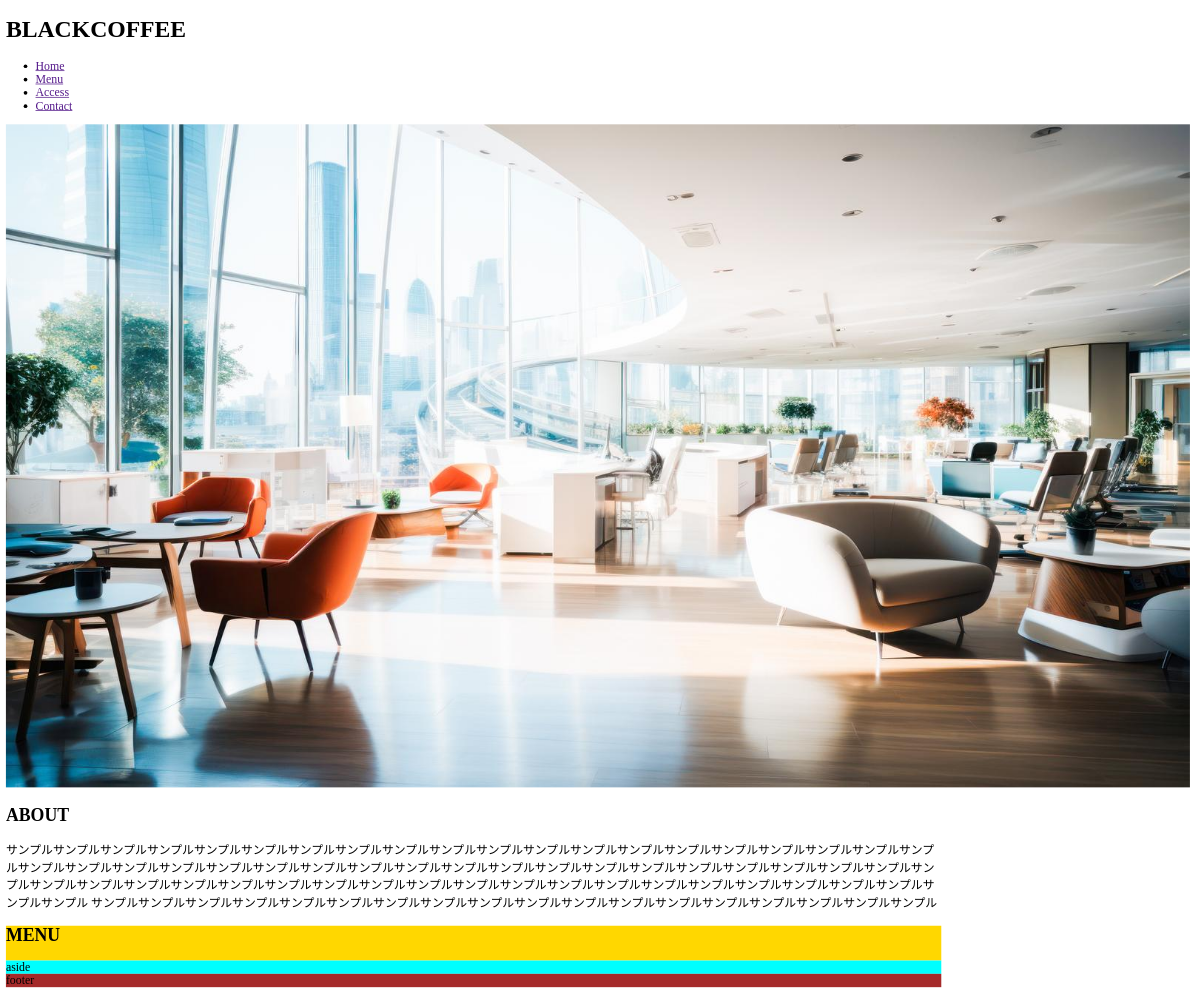
Repository: elle821208/Ayakomi-Cafe
Page: index.html
The author's editor kept a copy of each file at every save. The page is drawn from the files as they stood at one save, then again after a run of saves.
The browser window is 1280 px wide. The page is 1608 px wide, so the pictures cover 1608 px, including what lies to the right of the window. The pictures show the whole page, at 74% of full size.

Above is the page before, as saved 2025-02-28 07:34:15.

After the next 7 saves:
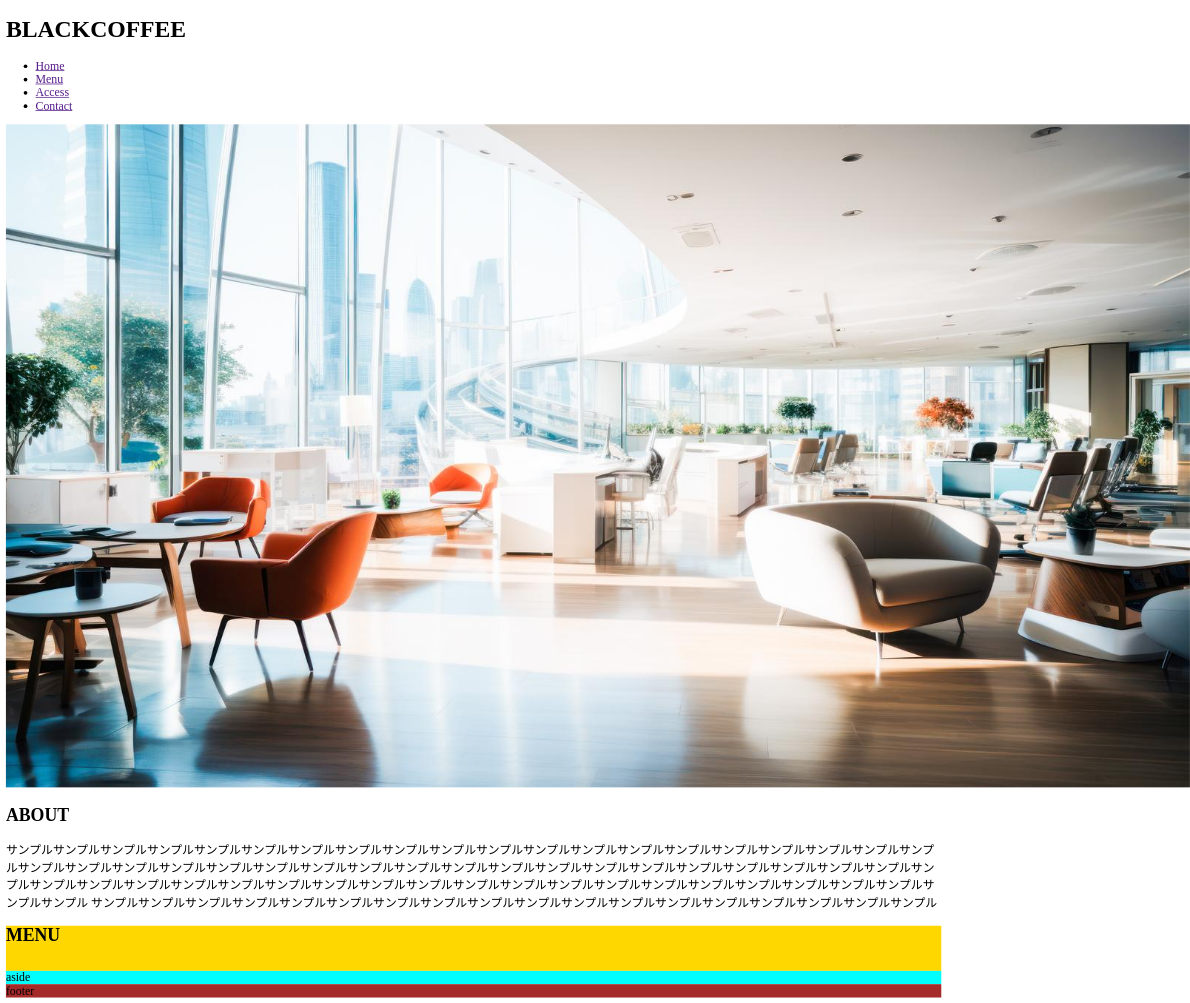
The 7 saves are shown as one change because they came seconds apart.
The last was saved 35 s later.
--- a/index.html
+++ b/index.html
@@ -54,9 +54,18 @@
                 <div class="container">
                     <h2>MENU</h2>
                     <table>
-                        <tr></tr>
-                        <tr></tr>
-                        <tr></tr>
+                        <tr>
+                            <td></td>
+                            <td></td>
+                        </tr>
+                        <tr>
+                            <td></td>
+                            <td></td>
+                        </tr>
+                        <tr>
+                            <td></td>
+                            <td></td>
+                        </tr>
                     </table>
 
                 </div>
